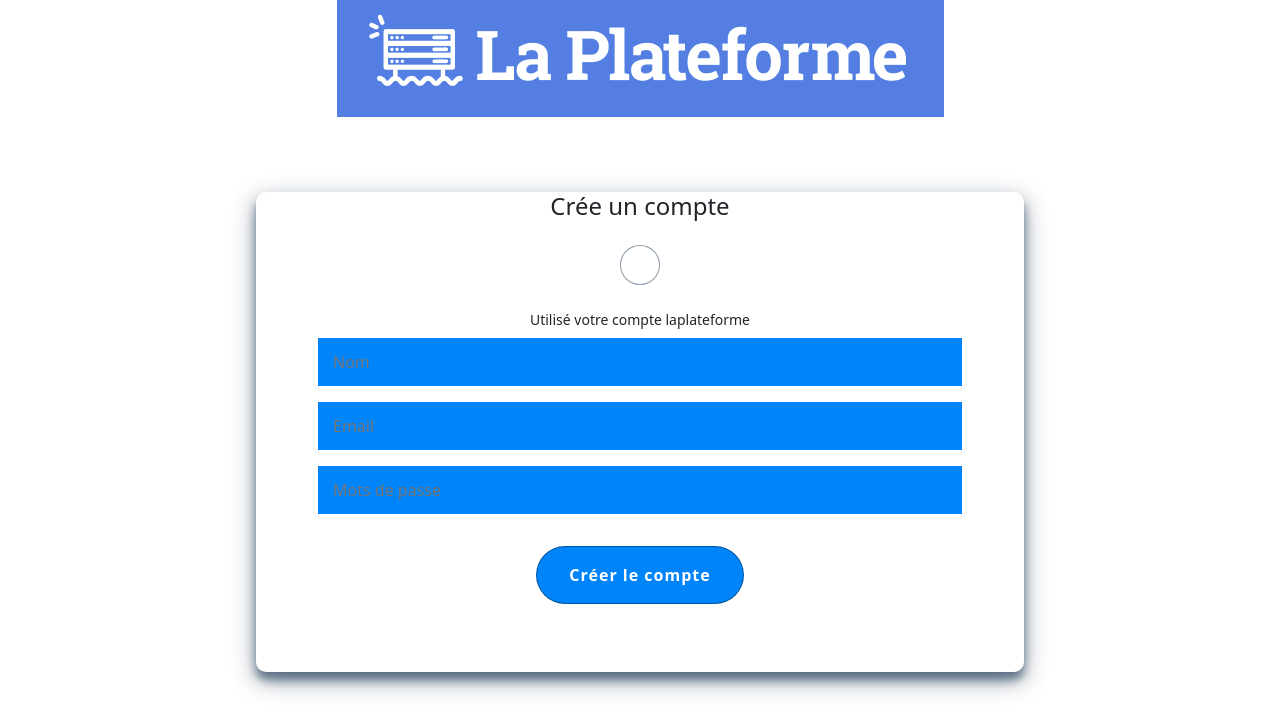
Repository: karim-sebih/runtrackJs
Page: bigjob/index.html
The author's editor kept a copy of each file at every save. The page is drawn from the files as they stood at one save, then again after the next save.
The browser window is 1280 px wide. The pictures show the whole page.

Above is the page before, as saved 2025-03-20 11:48:04.

### bigjob/index.html
<!DOCTYPE html>
<html lang="en">
<head>
    <meta charset="UTF-8">
    <meta name="viewport" content="width=device-width, initial-scale=1.0">
    <link href="https://cdn.jsdelivr.net/npm/bootstrap@5.0.2/dist/css/bootstrap.min.css" rel="stylesheet" integrity="sha384-EVSTQN3/azprG1Anm3QDgpJLIm9Nao0Yz1ztcQTwFspd3yD65VohhpuuCOmLASjC" crossorigin="anonymous">    <link rel="stylesheet" href="index.css">
<link rel="stylesheet" href="/css/index.css">
<link rel="preconnect" href="https://fonts.googleapis.com">
    <link rel="preconnect" href="https://fonts.gstatic.com" crossorigin>
    <link href="https://fonts.googleapis.com/css2?family=Dancing+Script:wght@400..700&display=swap" rel="stylesheet">

    <title>Index</title>
</head>
<body>
    <div class="logo" >

        <img src="/asset/logo-laplateforme-2024.png" alt="logo laplateforme">
    </div>

 <div class="container" id="container">
    <div class="form-container-isncription">
<form action="#">
    <h1>Crée un compte</h1>
    <div class="social-container">
        <a href="#"><i class="fa-brands fa-google-plus"></i></a>
    </div>
    <span>Utilisé votre compte laplateforme</span>
    <input type="text" placeholder="Nom">
    <input type="email" placeholder="Email">
    <input type="password" placeholder="Mots de passe">
    <button>Créer le compte</button>
</form>

    </div>
 </div>














        <script src="https://cdn.jsdelivr.net/npm/@popperjs/core@2.9.2/dist/umd/popper.min.js" integrity="sha384-IQsoLXl5PILFhosVNubq5LC7Qb9DXgDA9i+tQ8Zj3iwWAwPtgFTxbJ8NT4GN1R8p" crossorigin="anonymous"></script>
        <script src="https://cdn.jsdelivr.net/npm/bootstrap@5.0.2/dist/js/bootstrap.min.js" integrity="sha384-cVKIPhGWiC2Al4u+LWgxfKTRIcfu0JTxR+EQDz/bgldoEyl4H0zUF0QKbrJ0EcQF" crossorigin="anonymous"></script>
</body>
</html>

### bigjob/css/index.css
* {
    margin: 0;
    padding: 0;
    box-sizing: border-box;
  }
  body {

    background-repeat: no-repeat;
    background-position: center;
    background-attachment: fixed;
    background-size: cover;
    margin: 0;
    width: 100%;
    min-height: 100vh;
    overflow-x: auto;

  }

  .logo {
    display: flex;
    align-content: center;
    justify-content: center;
    margin-bottom:75px ;
}

.container{
	position: relative;
	overflow: hidden;
	min-height: 480px;
	width: 768px;
	max-width: 100%;
	background-color: #fff;
	border-radius: 10px;
	box-shadow: 0 8px 24px  rgba(0, 32, 63, .45),
		  0 8px 8px rgba(0, 32, 63, .45);
}

.form-container {
	position: absolute;
	top: 0;
	height: 100%;
	transition: .6s ease-in-out;
}

.sign-up-container {
	left: 0;
	width: 50%;
	opacity: 0;
	z-index: 1;
}

.container.panel-active .sign-up-container {
	transform: translateX(100%);
	opacity: 1;
	z-index: 5;
	animation: show .6s
}

@keyframes show {
	0%, 49.99% {
		opacity: 0;
		z-index: 1;
	}

	50%, 100% {
		opacity: 1;
		z-index: 5;
	}
}

.container.panel-active .login-container {
	transform: translateX(100%);
}

.login-container {
	left: 0;
	width: 50%;
	z-index: 2;
}

form {
	background-color: #fff;
	display: flex;
	align-items: center;
	justify-content: center;
	flex-direction: column;
	padding: 0 50px;
	height: 100%;
	text-align: center;
}

input {
	background-color: #0084FA;
    color: #fff;
	border: none;
	padding: 12px 15px;
	margin: 8px 0;
	width: 100%;
}

button{
    background-color: #0084FA;
    color: #fff;
    border: solid#0084FA 1px;
    font-size: 16px;
	font-weight: bold;
	padding: 16px 32px;
	margin-top: 24px;
	letter-spacing: 1px;
	border-radius: 50px;
	border-color: rgba(0, 32, 63, .45);
	transition: .2s ease-in;
}




button:hover {
	cursor: pointer;
	background-color: #fff;
	color: #0084FA;
}

button:active {
	transform: scale(.95);
}

.social-container {
	margin: 24px 0;
}

.social-container a {
	display: inline-flex;
	justify-content: center;
	align-items: center;
	margin: 0 4px;
	height: 40px;
	width: 40px;
	border-radius: 50%;
	background-color: #fff;
	border: 1px solid rgba(0, 32, 63, .45);
}

h1 {
	margin: 0;
	font-size: 24px;
}

.social-container {
	margin: 24px 0;
}

.social-container a {
	display: inline-flex;
	justify-content: center;
	align-items: center;
	margin: 0 4px;
	height: 40px;
	width: 40px;
	border-radius: 50%;
	background-color: #fff;
	border: 1px solid rgba(0, 32, 63, .45);
}
span {
	font-size: 14px;
}

a {
	text-decoration: none;
	font-size: 14px;
	margin: 8px 0 16px;
	color: #333;
}

After the next save:
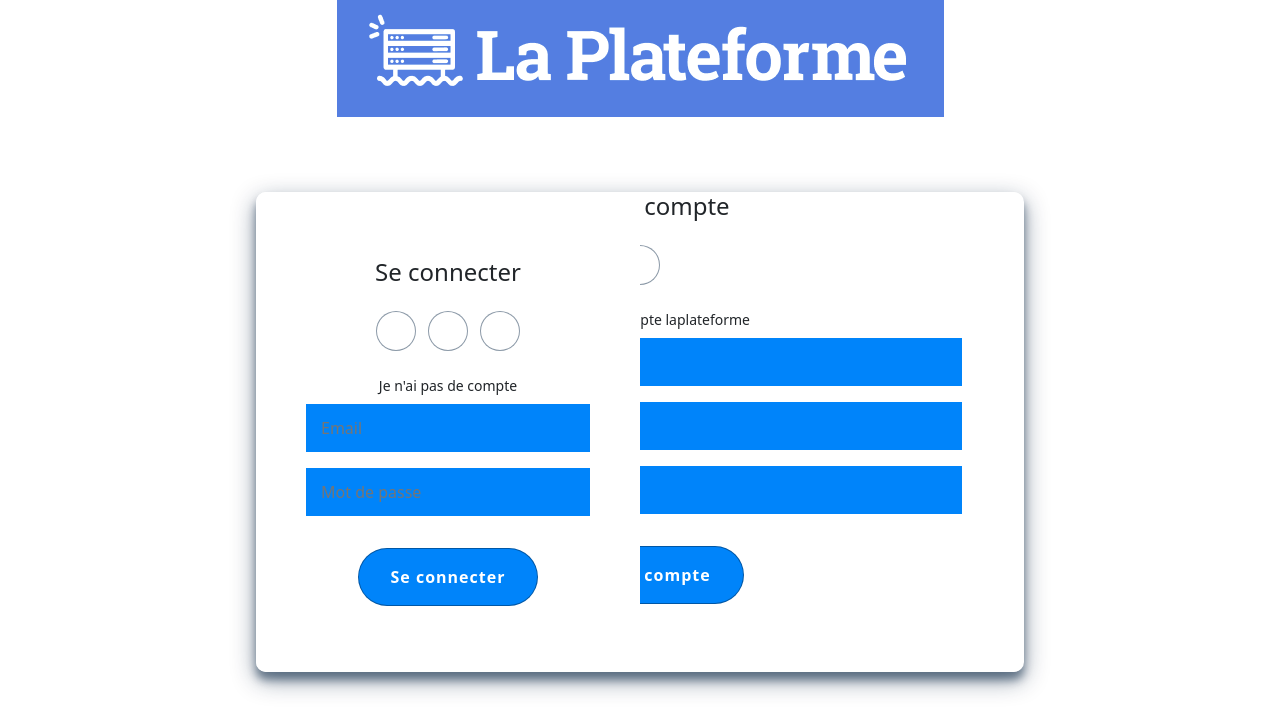
Saved 1 s later.
--- a/bigjob/index.html
+++ b/bigjob/index.html
@@ -30,7 +30,21 @@
     <input type="password" placeholder="Mots de passe">
     <button>Créer le compte</button>
 </form>
-
+</div>
+<div class="form-container login-container">
+    <form action="#">
+        <h1>Se connecter</h1>
+        <div class="social-container">
+            <a href="#"><i class="fab fa-facebook-f"></i></a>
+            <a href="#"><i class="fab fa-google-plus-g"></i></a>
+            <a href="#"><i class="fab fa-linkedin-in"></i></a>
+        </div>
+        <span>Je n'ai pas de compte</span>
+        <input type="email" placeholder="Email">
+        <input type="password" placeholder="Mot de passe">
+        <button>Se connecter</button>
+    </form>
+</div>
     </div>
  </div>
 
